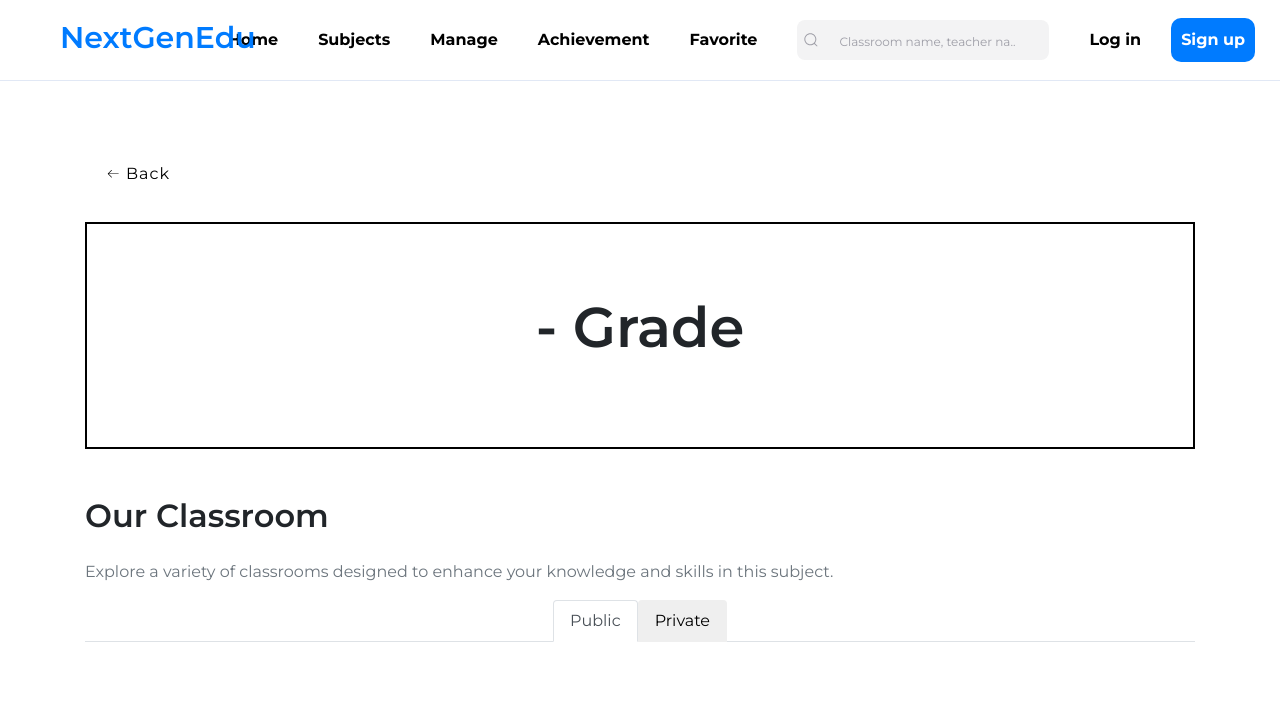
Repository: khoilvgcc210040/nextgenedu
Page: templates/classrooms.html
An editor plug-in stored every save of this project. The page is shown before and after a run of saves, followed by the edit.
The browser window is 1280 px wide. The pictures show the whole page.
The page is served by the project's application, run on Django 5.2 (manage.py). Other server files are loaded and not shown. The template is opened directly, without the code that normally fills it, so the values that code supplies are empty.

Above is the page before, as saved 2024-08-11 21:56:50.

### home/templatetags/filters.py
from django import template

register = template.Library()

@register.filter(name='range')
def filter_range(start, end):
    return range(start, end)

### templates/classrooms.html
<!DOCTYPE html>
<html lang="en">
<head>
    <meta charset="UTF-8">
    <meta name="viewport" content="width=device-width, initial-scale=1.0">
    <title>Classrooms - {{ subject.name }} - Grade {{ grade }}</title>
    <link rel="stylesheet" href="https://cdnjs.cloudflare.com/ajax/libs/font-awesome/6.0.0-beta3/css/all.min.css">
    <link href="https://stackpath.bootstrapcdn.com/bootstrap/4.5.2/css/bootstrap.min.css" rel="stylesheet">

</head>
<style>
    .btn-back {
        display: flex;
        height: 3em;
        width: 100px;
        align-items: center;
        justify-content: center;
        background-color: #eeeeee4b;
        border-radius: 3px;
        letter-spacing: 1px;
        transition: all 0.2s linear;
        cursor: pointer;
        border: none;
        background: #fff;
    }

    .btn-back > svg {
        margin-right: 5px;
        margin-left: 5px;
        font-size: 20px;
        transition: all 0.4s ease-in;
    }

    .btn-back:hover > svg {
        font-size: 1.2em;
        transform: translateX(-5px);
    }

    .btn-back:hover {
        box-shadow: 9px 9px 33px #d1d1d1, -9px -9px 33px #ffffff;
        transform: translateY(-2px);
    }

    .card-text {
        display: -webkit-box;
        -webkit-line-clamp: 1;
        -webkit-box-orient: vertical;
        overflow: hidden;
        text-overflow: ellipsis;
    }

    header {
        border: 2px solid #000;
        padding: 70px;
    }
</style>
<body>
    {% include "header.html" %}
    <div class="container" style="margin-top: 150px;">
        <div class="mb-4">
            <button class="btn-back" onclick="window.location.href='{% url 'subjects' %}'">
                <svg height="16" width="16" xmlns="http://www.w3.org/2000/svg" version="1.1" viewBox="0 0 1024 1024"><path d="M874.690416 495.52477c0 11.2973-9.168824 20.466124-20.466124 20.466124l-604.773963 0 188.083679 188.083679c7.992021 7.992021 7.992021 20.947078 0 28.939099-4.001127 3.990894-9.240455 5.996574-14.46955 5.996574-5.239328 0-10.478655-1.995447-14.479783-5.996574l-223.00912-223.00912c-3.837398-3.837398-5.996574-9.046027-5.996574-14.46955 0-5.433756 2.159176-10.632151 5.996574-14.46955l223.019353-223.029586c7.992021-7.992021 20.957311-7.992021 28.949332 0 7.992021 8.002254 7.992021 20.957311 0 28.949332l-188.073446 188.073446 604.753497 0C865.521592 475.058646 874.690416 484.217237 874.690416 495.52477z"></path></svg>
                <span>Back</span>
            </button>
        </div>
        <header class="text-center mb-5">
            <h1 class="display-4" style="font-weight: 600;">{{ subject.name }} - Grade {{ subject.grade }}</h1>
            <p class="lead text-muted">{{ subject.description }}</p>
        </header>

        <section>
            <h2 class="mb-4" style="font-weight: 600;">Our Classroom</h2>
            <p class="text-muted">Explore a variety of classrooms designed to enhance your knowledge and skills in this subject.</p>

            <!-- Bootstrap Nav Tabs -->
            <ul class="nav nav-tabs justify-content-center mb-4" id="classroomTab" role="tablist">
                <li class="nav-item" role="presentation">
                    <button class="nav-link {% if status == None or status == '0' %}active{% endif %}" id="public-tab" data-bs-toggle="tab" data-bs-target="#public-tab-pane" type="button" role="tab" aria-controls="public-tab-pane" aria-selected="true">Public</button>
                </li>
                <li class="nav-item" role="presentation">
                    <button class="nav-link {% if status == '1' %}active{% endif %}" id="private-tab" data-bs-toggle="tab" data-bs-target="#private-tab-pane" type="button" role="tab" aria-controls="private-tab-pane" aria-selected="false">Private</button>
                </li>
            </ul>

            <!-- Tab Content -->
            <div class="tab-content" id="classroomTabContent">
                <!-- Public Classrooms -->
                <div class="tab-pane fade {% if status == None or status == '0' %}show active{% endif %}" id="public-tab-pane" role="tabpanel" aria-labelledby="public-tab" tabindex="0">
                    <ul class="list-unstyled">
                        {% for classroom in classrooms %}
                            {% if not classroom.status %}
                                <li class="card mb-4">
                                    <div class="card-body d-flex justify-content-between">
                                        <div class="classroom-info">
                                            <div class="d-flex jutify-content-center align-items-center">
                                                <h4>🌐 &nbsp;</h4>
                                                <h3 class="card-title" style="text-decoration: underline;">{{ classroom.name }}</h3>
                                            </div>
                                            <p class="card-text">&nbsp;📝{{ classroom.description }}</p>
                                            <div class="classroom-meta d-flex text-muted">
                                                <div>
                                                    <span class="me-3 mr-3"><i class="fas fa-user"></i> Username</span>
                                                    <span class="me-3 mr-3"><i class="fas fa-school"></i> Name of school</span>
                                                    <span class="me-3 mr-3"><i class="fas fa-book"></i> {{ subject.name }}</span>
                                                    <span><i class="fas fa-calendar-alt"></i> Academic year</span>
                                                </div>
                                                <div class="text-end">
                                                    <span class="d-block mb-2 text-muted">Number of participants</span>
                                                    <button class="btn btn-primary"><i class="fas fa-thumbs-up"></i> Like</button>
                                                </div>
                                            </div>
                                        </div>
                                    </div>
                                </li>
                            {% endif %}
                        {% endfor %}
                    </ul>
                </div>

                <!-- Private Classrooms -->
                <div class="tab-pane fade {% if status == '1' %}show active{% endif %}" id="private-tab-pane" role="tabpanel" aria-labelledby="private-tab" tabindex="0">
                    <ul class="list-unstyled">
                        {% for classroom in classrooms %}
                            {% if classroom.status %}
                                <li class="card mb-4">
                                    <div class="card-body d-flex justify-content-between">
                                        <div class="classroom-info">
                                            <h3 class="card-title">{{ classroom.name }}</h3>
                                            <p class="card-text">{{ classroom.description }}</p>
                                            <div class="classroom-meta d-flex text-muted">
                                                <span class="me-3"><i class="fas fa-user"></i> Username</span>
                                                <span class="me-3"><i class="fas fa-school"></i> Name of school</span>
                                                <span class="me-3"><i class="fas fa-book"></i> {{ subject.name }}</span>
                                                <span><i class="fas fa-calendar-alt"></i> Academic year</span>
                                            </div>
                                        </div>
                                        <div class="text-end">
                                            <span class="d-block mb-2 text-muted">Number of participants</span>
                                            <button class="btn btn-primary" data-bs-toggle="modal" data-bs-target="#passwordModal" data-classroom-id="{{ classroom.id }}">Enter Password</button>
                                        </div>
                                    </div>
                                </li>
                            {% endif %}
                        {% endfor %}
                    </ul>
                </div>
            </div>
        </section>
    </div>

    <!-- Password Modal -->
    <div class="modal fade" id="passwordModal" tabindex="-1" aria-labelledby="passwordModalLabel" aria-hidden="true">
        <div class="modal-dialog">
            <div class="modal-content">
                <form method="post" action="{% url 'enter_password' 0 %}" id="passwordForm">
                    {% csrf_token %}
                    <div class="modal-header">
                        <h5 class="modal-title" id="passwordModalLabel">Enter Password</h5>
                        <button type="button" class="btn-close" data-bs-dismiss="modal" aria-label="Close"></button>
                    </div>
                    <div class="modal-body">
                        <input type="password" class="form-control" name="password" placeholder="Enter Password" required>
                    </div>
                    <div class="modal-footer">
                        <button type="button" class="btn btn-secondary" data-bs-dismiss="modal">Close</button>
                        <button type="submit" class="btn btn-primary">Submit</button>
                    </div>
                </form>
            </div>
        </div>
    </div>
</body>
</html>
<script src="https://cdn.jsdelivr.net/npm/bootstrap@5.3.0-alpha1/dist/js/bootstrap.bundle.min.js"></script>
<script>
    var passwordModal = document.getElementById('passwordModal');
    passwordModal.addEventListener('show.bs.modal', function (event) {
        var button = event.relatedTarget; // Button that triggered the modal
        var classroomId = button.getAttribute('data-classroom-id'); // Extract info from data-* attributes

        var form = document.getElementById('passwordForm');
        form.action = form.action.replace('/0/', '/' + classroomId + '/');
    });
</script>

### templates/header.html
{% load static %}
<!DOCTYPE html>
<html lang="en">
<head>
    <meta charset="UTF-8">
    <meta name="viewport" content="width=device-width, initial-scale=1.0">
</head>
<style>
    @import url('https://fonts.googleapis.com/css2?family=Montserrat:ital,wght@0,100..900;1,100..900&family=Roboto:ital,wght@0,100;0,300;0,400;0,500;0,700;0,900;1,100;1,300;1,400;1,500;1,700;1,900&display=swap');
    body, html {
        margin: 0;
        padding: 0;
        height: 100%;
        font-family: "Montserrat", sans-serif;
        overflow: hidden;
        overflow-y: auto;
    }

    .navbar .container {
        max-width: 1330px;
    }

    .navbar .navbar-nav .nav-link {
        border-radius: 10px;;
        margin: 10px;
        padding: 10px;
        color: #000;
        font-weight: 700;
        transition: all ease-in-out 0.3s;
    }

    .navbar .navbar-nav .nav-link:hover {
        transform: translateY(-3px);
    }


    .navbar {
        position: fixed;
        top: 0;
        left: 0;
        right: 0;
        background: #ffffff;
        border-bottom: 1px solid rgba(169, 190, 226, 0.35);
        z-index: 9;
        display: flex;
        justify-content: space-around;
        align-items: center;
        padding: 0;
    }

    .navbar .dropdown-menu {
        background: #ffffff;
        box-shadow: 0 1rem 3rem rgba(0, 0, 0, 0.175);
        border: 0;
        display: block;
        opacity: 0;
        min-width: 9rem;
        margin-top: 20px;
        padding: 13px 0 10px 0;
        transition: all 0.3s;
        pointer-events: none;
    }

    .navbar .dropdown-menu::before {
        content: "";
        width: 0;
        height: 0;
        border-left: 20px solid transparent;
        border-right: 20px solid transparent;
        border-bottom: 15px solid #ffffff;
        position: absolute;
        top: -10px;
        left: 10px;
    }

    .navbar .dropdown-item {
        display: inline-block;
        color: #000;
        font-family: "Montserrat", sans-serif;
        font-size: 14px;
        font-weight: 500;
        text-transform: uppercase;
        letter-spacing: 0.5px;
        position: relative;
    }

    .navbar .dropdown-item.active,
    .navbar .dropdown-item:active,
    .navbar .dropdown-item:focus,
    .navbar .dropdown-item:hover {
        background: transparent;
        color: #13547a;
    }

    .navbar .nav-item{
        display: flex;
        align-items: center;
    }

    .navbar .nav-item{
        color: blue;
    }

    @media screen and (min-width: 992px) {
        .navbar .dropdown:hover .dropdown-menu {
            opacity: 1;
            margin-top: 0;
            pointer-events: auto;
        }
    }

    .navbar .group {
        display: flex;
        line-height: 28px;
        align-items: center;
        position: relative;
        max-width: 280px;
    }

    .navbar .input {
        width: 100%;
        height: 40px;
        line-height: 28px;
        padding: 0 1rem;
        padding-left: 2.5rem;
        border: 2px solid transparent;
        border-radius: 8px;
        outline: none;
        background-color: #f3f3f4;
        color: #0d0c22;
        transition: .3s ease;
    }

    .navbar .input::placeholder {
        color: #9e9ea7;
        font-size: 12px;
    }

    .navbar .input:focus, input:hover {
        outline: none;
        border-color: rgba(234,76,137,0.4);
        background-color: #fff;
        box-shadow: 0 0 0 4px rgb(234 76 137 / 10%);
    }

    .navbar .icon {
        position: absolute;
        left: 1rem;
        fill: #9e9ea7;
        width: 1rem;
        height: 1rem;
    }

    .navbar .navbar-brand{
        color: #000;
        font-size: 30px;
        margin-bottom: 5px;
        font-weight: 600;
        position: absolute;
        left: 2em;
        transition: all ease-in-out 0.3s;
    }

    .navbar .navbar-brand:hover{
        color: #000;
        transform: translateY(-3px);
    }

    .navbar .collapse{
        display: flex;
        justify-content: flex-end;
    }

    .navbar img {
        height: 40px;
        width: auto;
        vertical-align: middle;
    }

    .btn-login:hover {
        background-color: #e2e8f0;
    }
</style>
<body>
    <nav class="navbar navbar-expand-lg">
        <div class="container">
            <a class="navbar-brand" href="{% url "home" %}">
                {% comment %} <svg xmlns="http://www.w3.org/2000/svg" width="30" height="30" fill="currentColor" class="bi bi-backpack3 text-primary" viewBox="0 0 16 20">
                    <path d="M4.04 7.43a4 4 0 0 1 7.92 0 .5.5 0 1 1-.99.14 3 3 0 0 0-5.94 0 .5.5 0 1 1-.99-.14M4 9.5a.5.5 0 0 1 .5-.5h7a.5.5 0 0 1 .5.5v4a.5.5 0 0 1-.5.5h-7a.5.5 0 0 1-.5-.5zm1 .5v3h6v-3h-1v.5a.5.5 0 0 1-1 0V10z"/>
                    <path d="M6 2.341V2a2 2 0 1 1 4 0v.341c.465.165.904.385 1.308.653l.416-1.247a1 1 0 0 1 1.748-.284l.77 1.027a1 1 0 0 1 .15.917l-.803 2.407C13.854 6.49 14 7.229 14 8v5.5a2.5 2.5 0 0 1-2.5 2.5h-7A2.5 2.5 0 0 1 2 13.5V8c0-.771.146-1.509.41-2.186l-.802-2.407a1 1 0 0 1 .15-.917l.77-1.027a1 1 0 0 1 1.748.284l.416 1.247A6 6 0 0 1 6 2.34ZM7 2v.083a6 6 0 0 1 2 0V2a1 1 0 1 0-2 0m5.941 2.595.502-1.505-.77-1.027-.532 1.595q.447.427.8.937M3.86 3.658l-.532-1.595-.77 1.027.502 1.505q.352-.51.8-.937M8 3a5 5 0 0 0-5 5v5.5A1.5 1.5 0 0 0 4.5 15h7a1.5 1.5 0 0 0 1.5-1.5V8a5 5 0 0 0-5-5"/>
                </svg> {% endcomment %}
                <span class="text-primary">NextGenEdu</span>
            </a>

            <div class="collapse navbar-collapse" id="navbarNav">
                <ul class="navbar-nav ms-lg-5 me-lg-auto">
                    <li class="nav-item">
                        <a class="nav-link click-scroll" href="{% url "home" %}">Home</a>
                    </li>

                    <li class="nav-item">
                        <a class="nav-link click-scroll" href="{% url "subjects" %}">Subjects</a>
                    </li>

                    <li class="nav-item">
                        <a class="nav-link click-scroll" href="index.html#section_3">Manage</a>
                    </li>

                    <li class="nav-item">
                        <a class="nav-link click-scroll" href="index.html#section_4">Achievement</a>
                    </li>

                    <li class="nav-item">
                        <a class="nav-link click-scroll" href="index.html#section_5">Favorite</a>
                    </li>

                    <li>
                        <div class="group nav-link click-scrol">
                        <svg class="icon" aria-hidden="true" viewBox="0 0 24 24"><g><path d="M21.53 20.47l-3.66-3.66C19.195 15.24 20 13.214 20 11c0-4.97-4.03-9-9-9s-9 4.03-9 9 4.03 9 9 9c2.215 0 4.24-.804 5.808-2.13l3.66 3.66c.147.146.34.22.53.22s.385-.073.53-.22c.295-.293.295-.767.002-1.06zM3.5 11c0-4.135 3.365-7.5 7.5-7.5s7.5 3.365 7.5 7.5-3.365 7.5-7.5 7.5-7.5-3.365-7.5-7.5z"></path></g></svg>
                        <input placeholder="Classroom name, teacher na..." type="search" class="input">
                        </div>
                    </li>
                    {% if user.is_authenticated %}
                    <li class="nav-item dropdown">
                        <a class="nav-link" href="#section_5" id="navbarLightDropdownMenuLink" role="button" data-bs-toggle="dropdown" aria-expanded="false">✙ Create</a>

                        <ul class="dropdown-menu dropdown-menu-light" aria-labelledby="navbarLightDropdownMenuLink">
                            <li><a class="dropdown-item" href="topics-listing.html">Topics Listing</a></li>

                            <li><a class="dropdown-item active" href="contact.html">Contact Form</a></li>
                        </ul>
                    </li>

                    <li class="nav-item dropdown">
                        <a class="nav-link" href="#section_5" id="navbarLightDropdownMenuLink" role="button" data-bs-toggle="dropdown" aria-expanded="false"><img src="{% static "user.png" %}" alt=""></a>

                        <ul class="dropdown-menu dropdown-menu-light" aria-labelledby="navbarLightDropdownMenuLink">
                            <li><a class="dropdown-item" href="topics-listing.html">Setting</a></li>

                            <li><a class="dropdown-item active" href="{% url "logout" %}">Logout</a></li>
                        </ul>
                    </li>
                    {% else %}
                    <li class="nav-item">
                        <a class="btn-login nav-link click-scroll " href="{% url "auth" %}?form=login">Log in</a>
                    </li>
                    <li class="nav-item">
                        <a class="nav-link click-scroll bg-primary text-white" href="{% url "auth" %}?form=signup">Sign up</a>
                    </li>
                    {% endif %}
                </ul>
            </div>
        </div>
    </nav>
</body>
</html>

### home/urls.py
from django.urls import include, path
from . import views

urlpatterns = [
    path('', views.home, name='home'),
    path('auth/', views.authPage, name='auth'),
    path('logout/', views.logoutPage, name='logout'),
    path('subjects/', views.subjects, name='subjects'),
    path('subjects/<int:subject_id>/grade/<int:grade>/classrooms/', views.classrooms, name='classrooms'),
    path('classrooms/<int:classroom_id>/enter-password/', views.enter_password, name='enter_password'),
    path('forgot-password/', views.forgot_password, name='forgot_password'),
    path('reset-password/<uidb64>/<token>/', views.reset_password, name='reset_password'),
]

Loaded but not shown: nextgenedu/urls.py (common file)

After the next 4 saves:
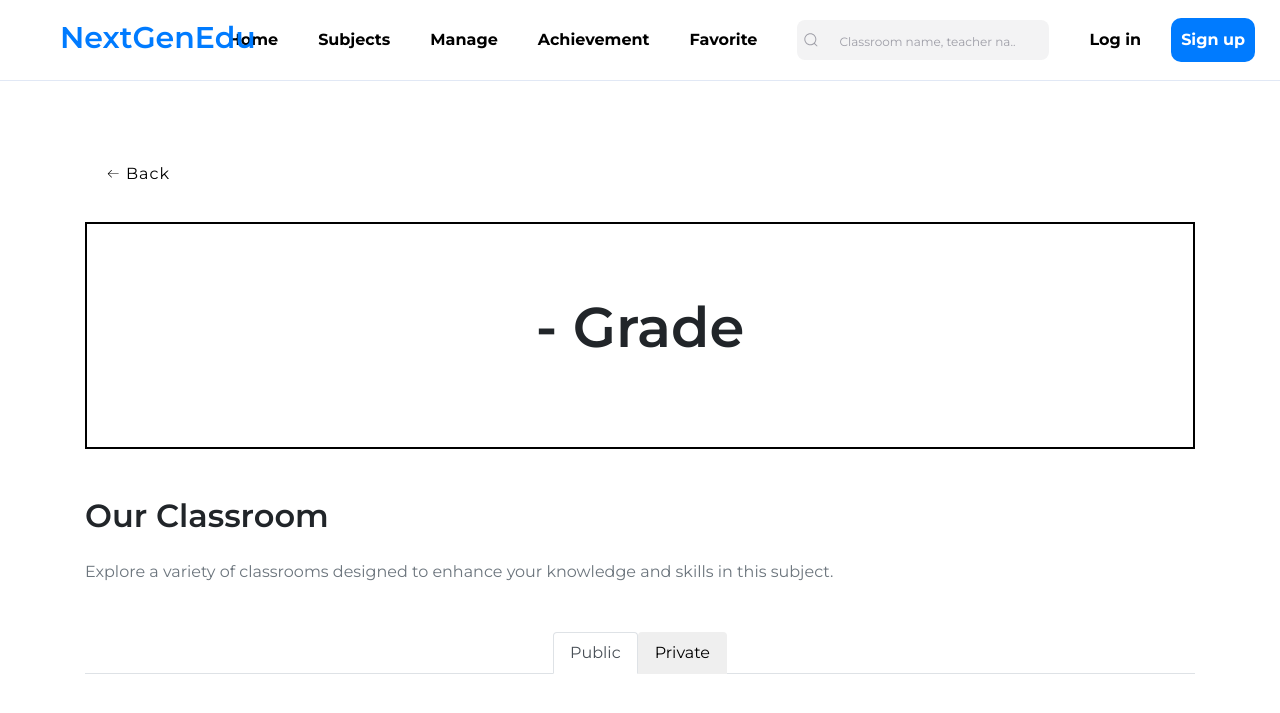
The 4 saves are shown as one change because they came seconds apart.
The last was saved 25 s later.
--- a/templates/classrooms.html
+++ b/templates/classrooms.html
@@ -70,7 +70,7 @@
 
         <section>
             <h2 class="mb-4" style="font-weight: 600;">Our Classroom</h2>
-            <p class="text-muted">Explore a variety of classrooms designed to enhance your knowledge and skills in this subject.</p>
+            <p class="text-muted mb-5">Explore a variety of classrooms designed to enhance your knowledge and skills in this subject.</p>
 
             <!-- Bootstrap Nav Tabs -->
             <ul class="nav nav-tabs justify-content-center mb-4" id="classroomTab" role="tablist">
